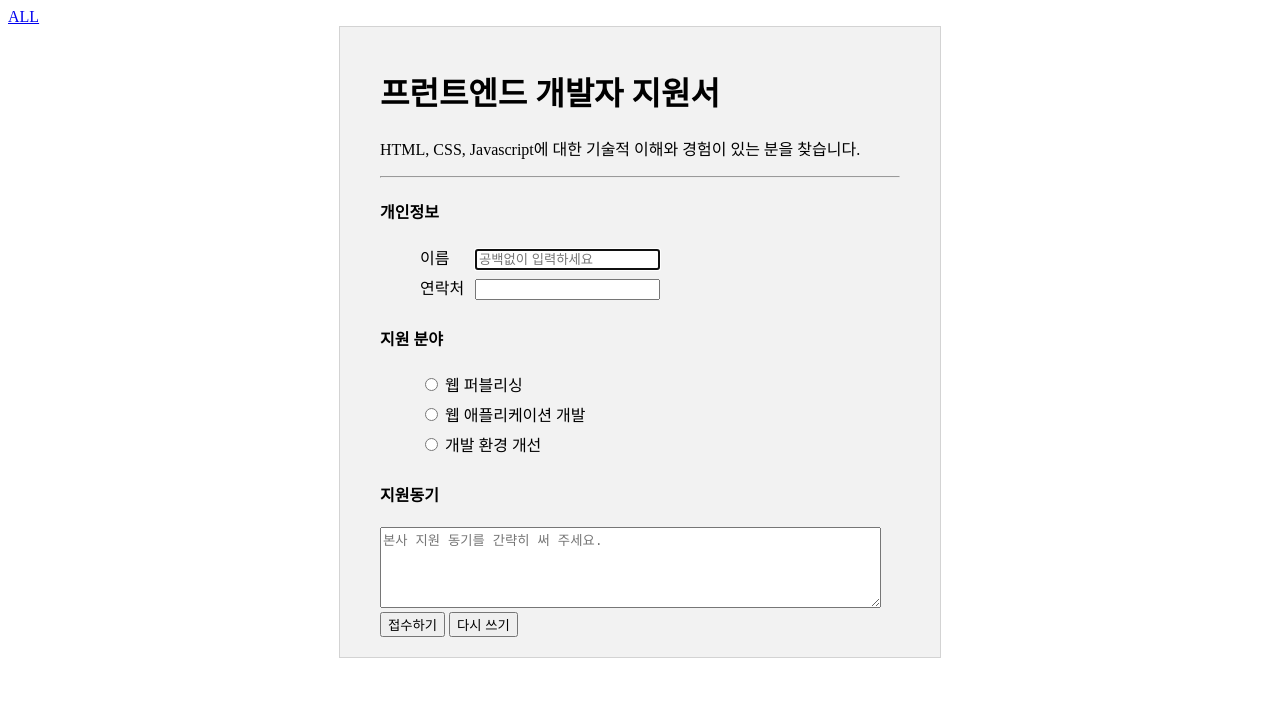
Repository: itkezi/HTML_2022_505
Page: Web/WebContent/HTML/0325_EX2.html
An editor plug-in stored every save of this project. The page is shown before and after the next save, followed by the edit.
The browser window is 1280 px wide. The pictures show the whole page.

Above is the page before, as saved 2022-03-25 08:13:54.

After the next save:
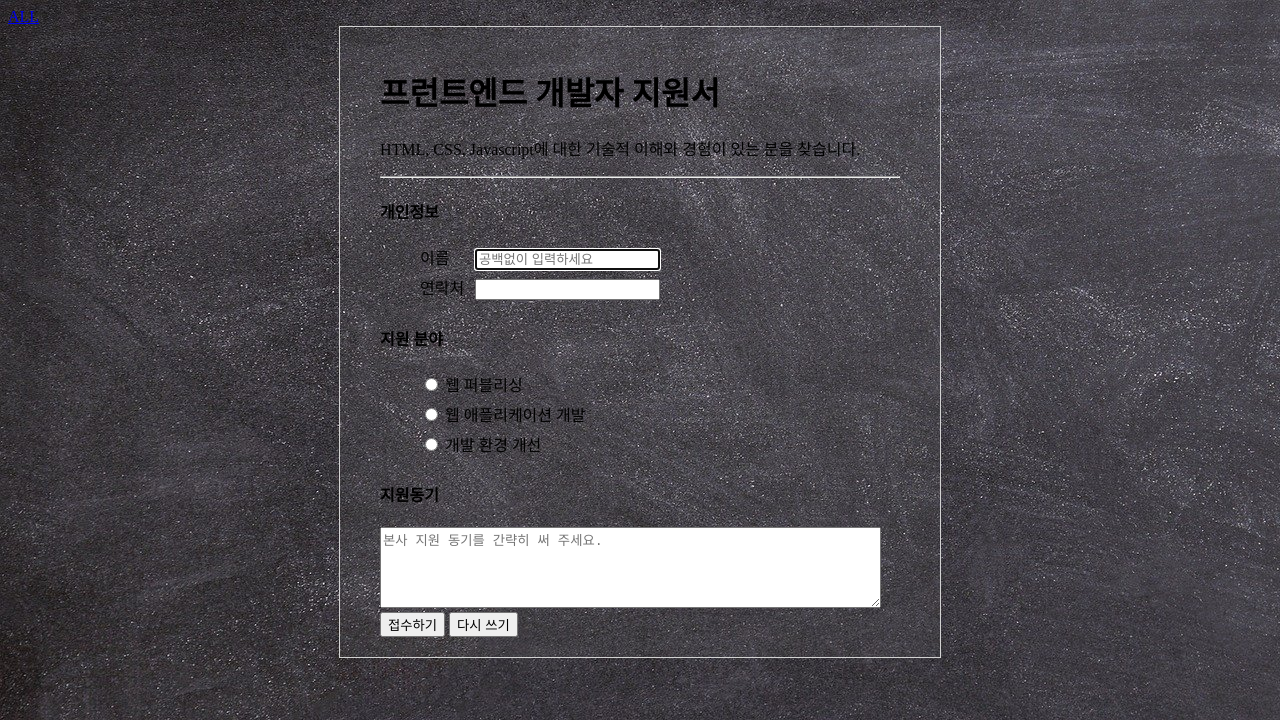
Saved 111 s later.
--- a/Web/WebContent/HTML/0325_EX2.html
+++ b/Web/WebContent/HTML/0325_EX2.html
@@ -4,6 +4,9 @@
 <meta charset="UTF-8">
 <title>교재 164페이지</title>
 <style>
+body {
+	background-image: url('../images/graybackground.jpg');
+}
 			#container {
 				background-color: rgba(130, 130, 130, 0.1) ;
 				width:520px;

After the 2 saves that followed:
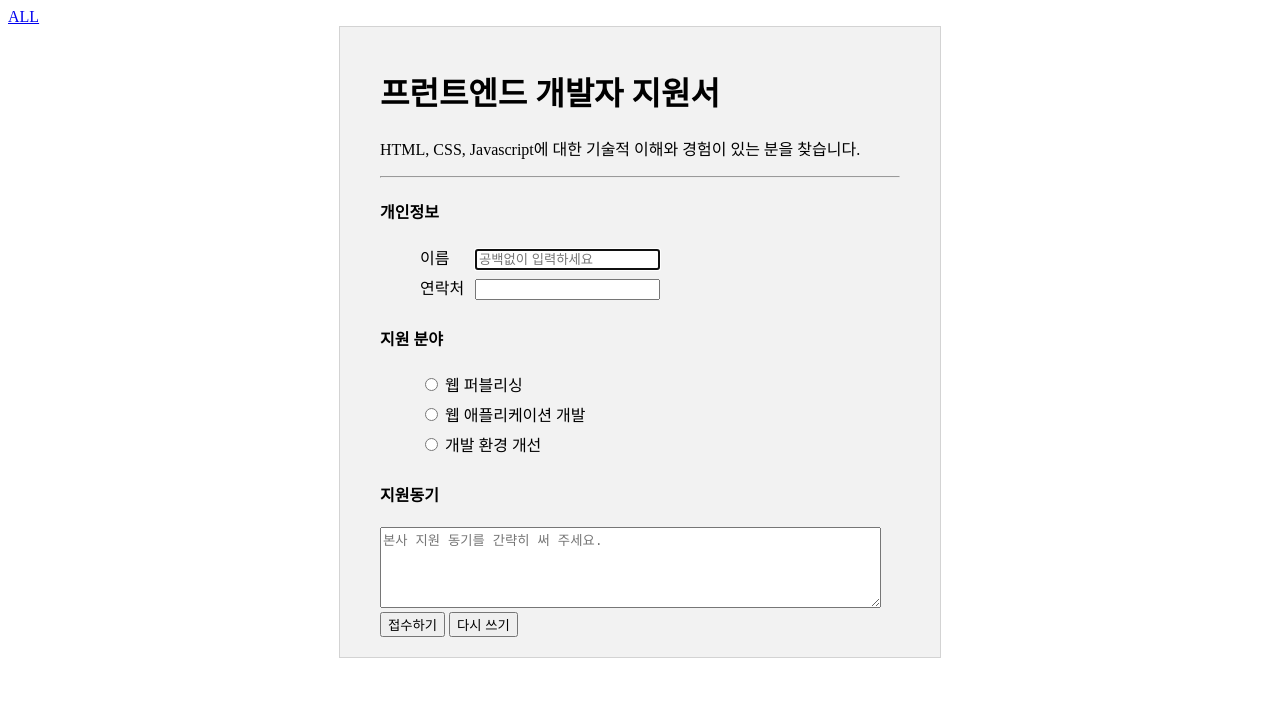
The 2 saves are shown as one change because 1 left the picture as it was.
The last was saved 25 s later.
--- a/Web/WebContent/HTML/0325_EX2.html
+++ b/Web/WebContent/HTML/0325_EX2.html
@@ -5,7 +5,7 @@
 <title>교재 164페이지</title>
 <style>
 body {
-	background-image: url('../images/graybackground.jpg');
+	background-image: url('../images/graybackground.jpg' 0.2) ;
 }
 			#container {
 				background-color: rgba(130, 130, 130, 0.1) ;
